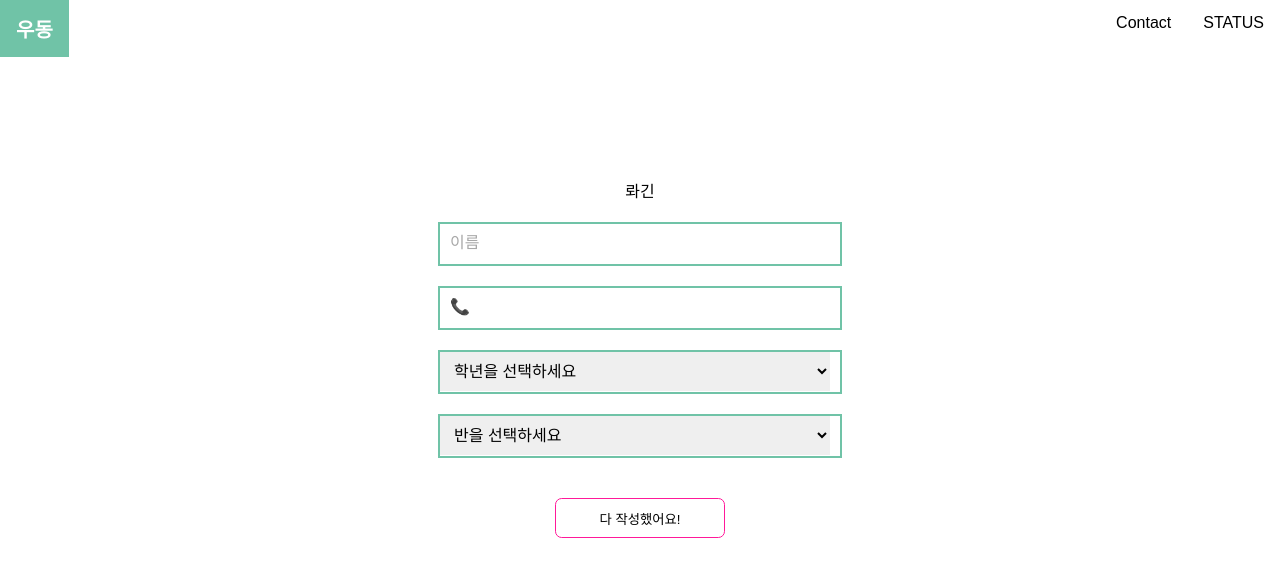
Repository: charmingjae/circles
Page: http://localhost/circles/root/login.jsp
These files come from the project's save history. The page is drawn as it stood at one moment and after the next save; the edit follows.
The browser window is 1280 px wide. The pictures show the whole page.
Some web fonts or font styles are not loaded; a fallback is used. The page is served by Tomcat 9.

Above is the page before, as saved 2020-07-09 15:44:23.

After the next save:
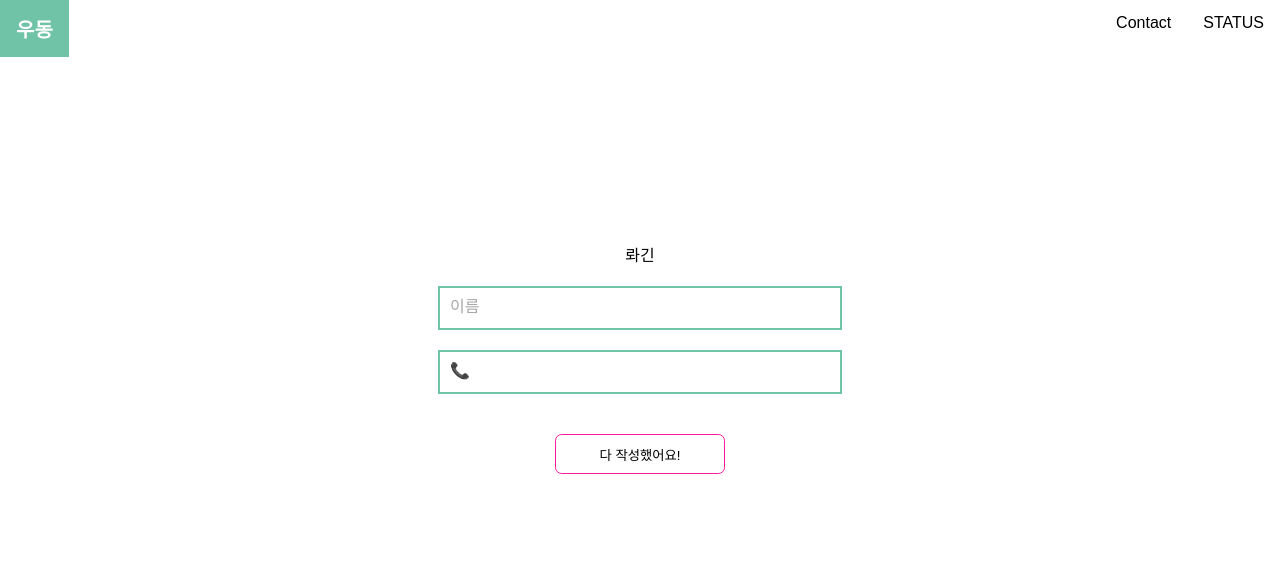
Saved 31 s later.
--- a/circles/WebContent/root/login.jsp
+++ b/circles/WebContent/root/login.jsp
@@ -27,23 +27,6 @@
 			<div class="main">
 				<input type="text" onkeyup="inputPhoneNumber(this)" class="phoneNum" maxlength="13" placeholder="📞">
 			</div>
-			<div class="main">
-				<select name=class>
-					<option value="" disabled selected>학년을 선택하세요</option>
-					<option value=1>1
-					<option value=2>2
-					<option value=3>3
-				</select>
-			</div>
-			<div class="main">
-				<select name=class>
-					<option value="" disabled selected>반을 선택하세요</option>
-					<option value="A">A
-					<option value="B">B
-					<option value="C">C
-				</select>
-			</div>
-
 			<div class="subBtn">
 				<button type="submit">다 작성했어요!</button>
 			</div>
